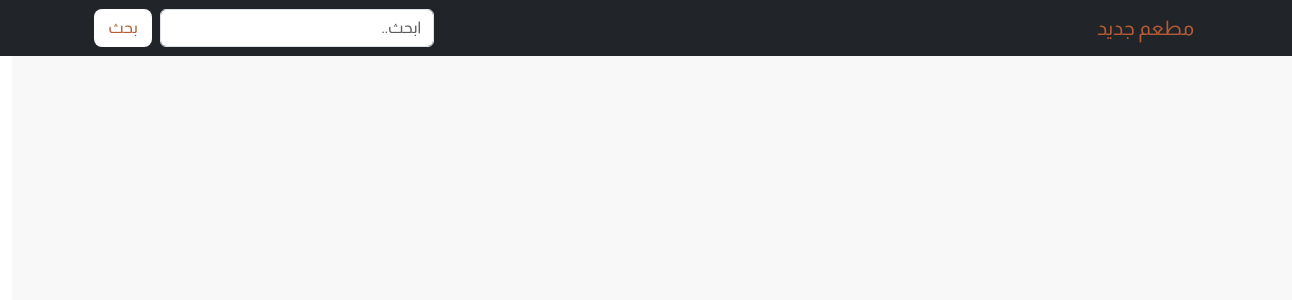
Repository: kerlos-alfy/Restaurant-Menu
Page: /
These files come from the project's save history. The page is drawn as it stood at one moment and after the next save; the edit follows.
The browser window is 1280 px wide. The page is 1292 px wide, so the pictures cover 1292 px, including what lies to the right of the window. The pictures show the whole page.
Some web fonts or font styles are not loaded; a fallback is used. The project was rebuilt for these pictures with package versions that can differ from the ones it lists, and the page was loaded fresh each time. Also part of the build but not shown: vite.config.js, src/App.css.

Above is the page before, as saved 2024-12-20 01:10:33.

After the next save:
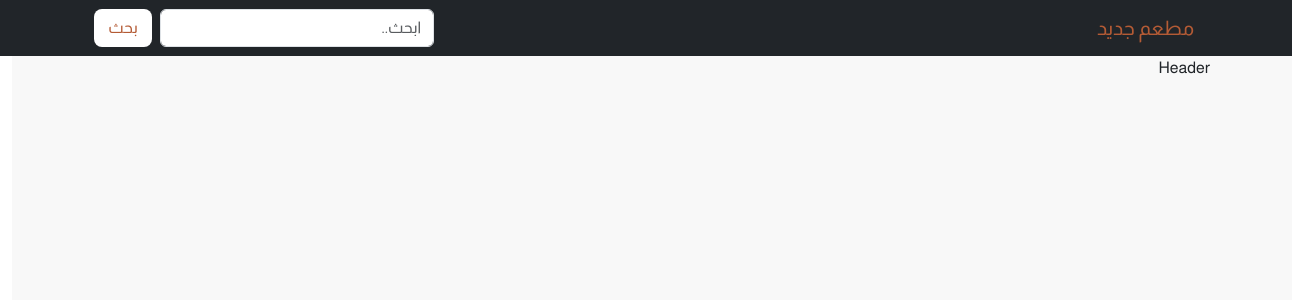
Saved 12 s later.
--- a/src/App.jsx
+++ b/src/App.jsx
@@ -6,7 +6,9 @@ function App() {
 	return (
 		<div className="color-body font">
 			<NavBar />
-			<Container></Container>
+			<Container>
+				<Header />
+			</Container>
 		</div>
 	);
 }

After the save that followed:
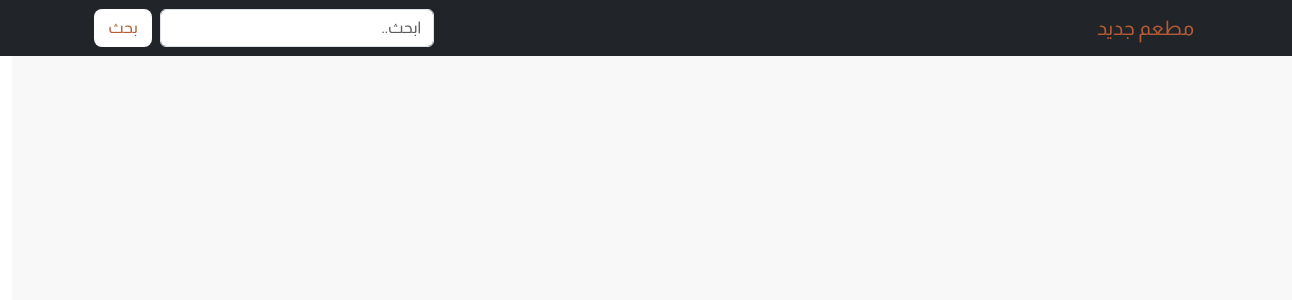
Saved 55 s later.
--- a/src/components/Header.jsx
+++ b/src/components/Header.jsx
@@ -1,5 +1,7 @@
+import { Col, Row } from "react-bootstrap";
+
 const Header = () => {
-	return <div>Header</div>;
+	return <Row></Row>;
 };
 
 export default Header;
